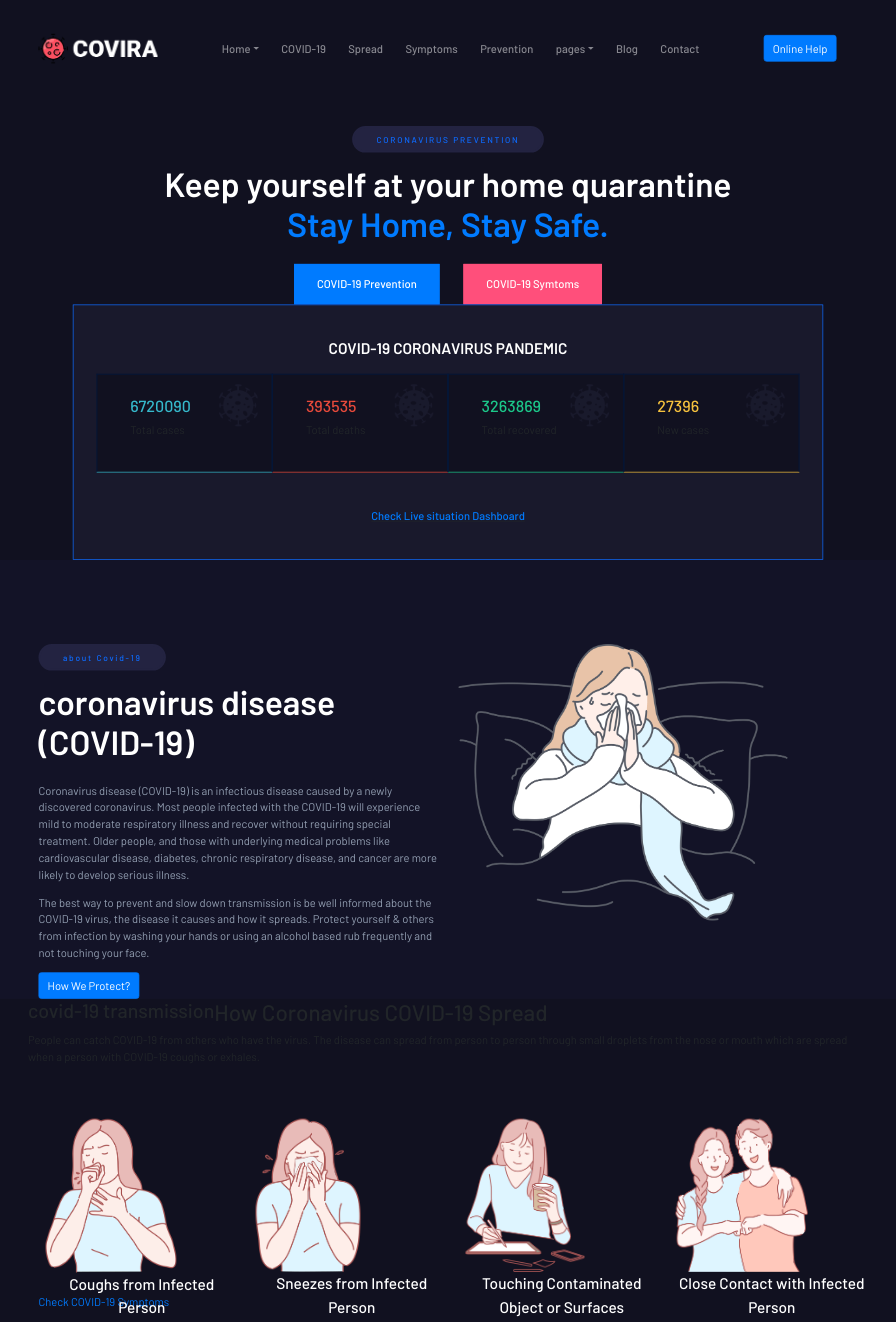
Repository: sitikhusushan/corona_updates
Page: index.html
An editor plug-in stored every save of this project. The page is shown before and after the next save, followed by the edit.
The browser window is 1280 px wide. The pictures show the whole page, at 70% of full size.

Above is the page before, as saved 2020-06-08 00:44:01.

After the next save:
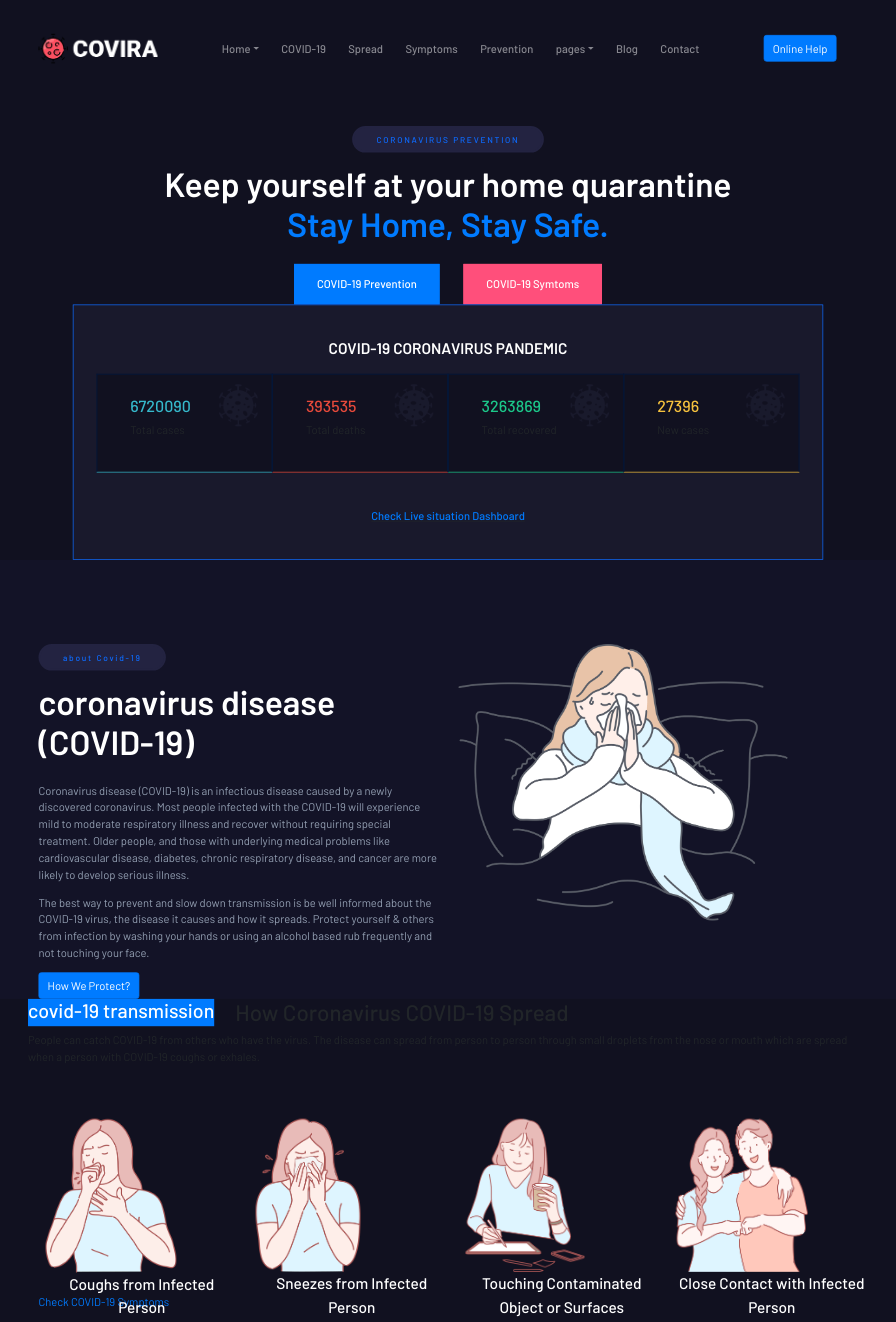
Saved 94 s later.
--- a/index.html
+++ b/index.html
@@ -246,7 +246,7 @@
     <div class="transmission">
       <div class="container">
         <div class="row">
-          <h3>covid-19 transmission</h3>
+          <h3 class="btn-primary">covid-19 transmission</h3>
           <h2>How Coronavirus COVID-19 Spread</h2>
           <p>
             People can catch COVID-19 from others who have the virus. The

After the save that followed:
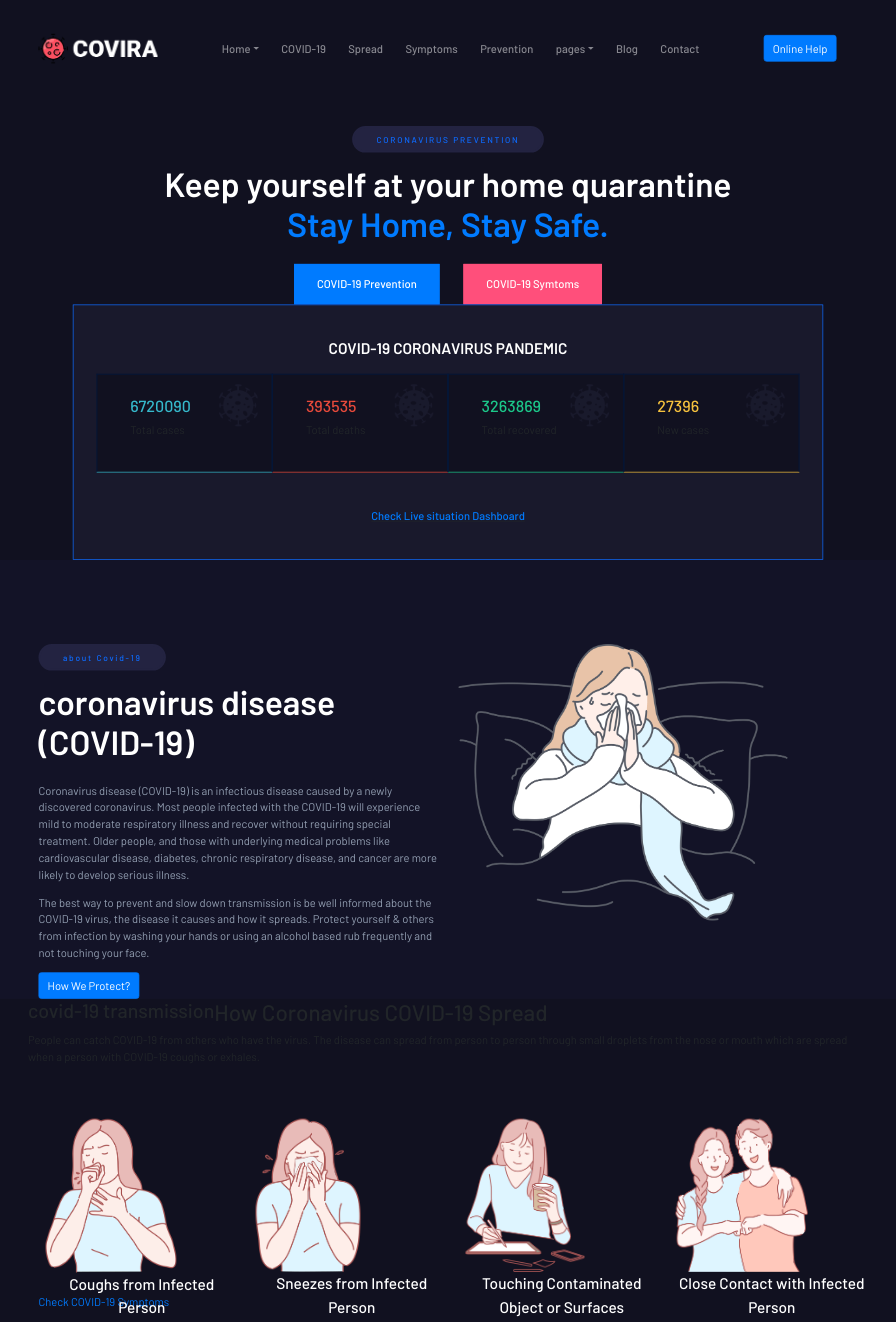
Saved 34 s later.
--- a/index.html
+++ b/index.html
@@ -246,7 +246,7 @@
     <div class="transmission">
       <div class="container">
         <div class="row">
-          <h3 class="btn-primary">covid-19 transmission</h3>
+          <h3>covid-19 transmission</h3>
           <h2>How Coronavirus COVID-19 Spread</h2>
           <p>
             People can catch COVID-19 from others who have the virus. The
